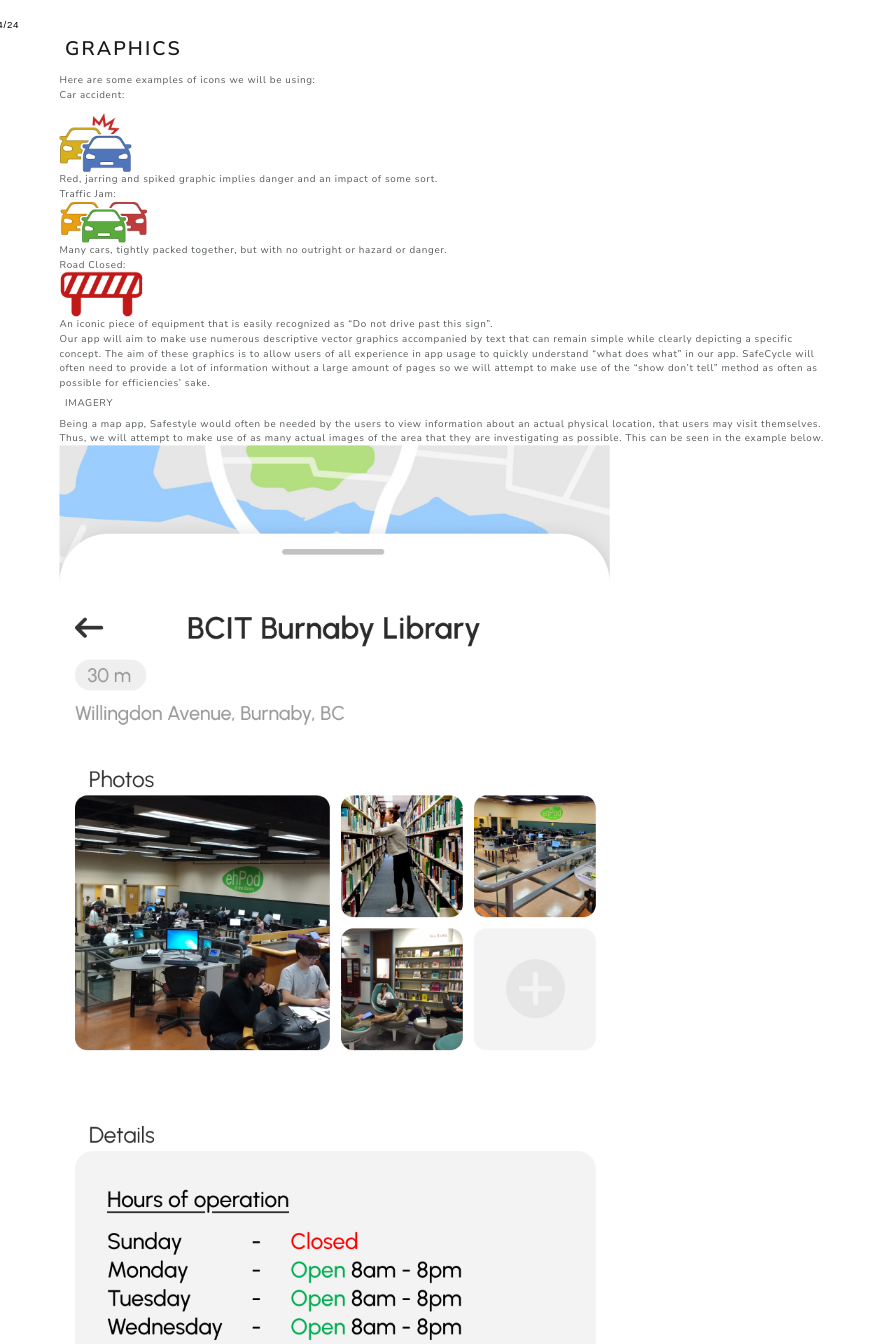
Repository: Aladdin3r/safecycle-styleguide
Page: /
An editor plug-in stored every save of this project. The page is shown before and after the next save, followed by the edit.
The browser window is 1280 px wide. The pictures show the part of the page from y = 2916 to 4836 px (the page is 5385 px tall before and 5441 px after), at 70% of full size.
The project was rebuilt for these pictures with package versions that can differ from the ones it lists, and the page was loaded fresh each time. The framework's server and built-in components were replaced by stand-ins that run in the browser. Also part of the build but not shown: next.config.mjs.

Above is the page before, as saved 2024-04-09 22:21:59.

After the next save:
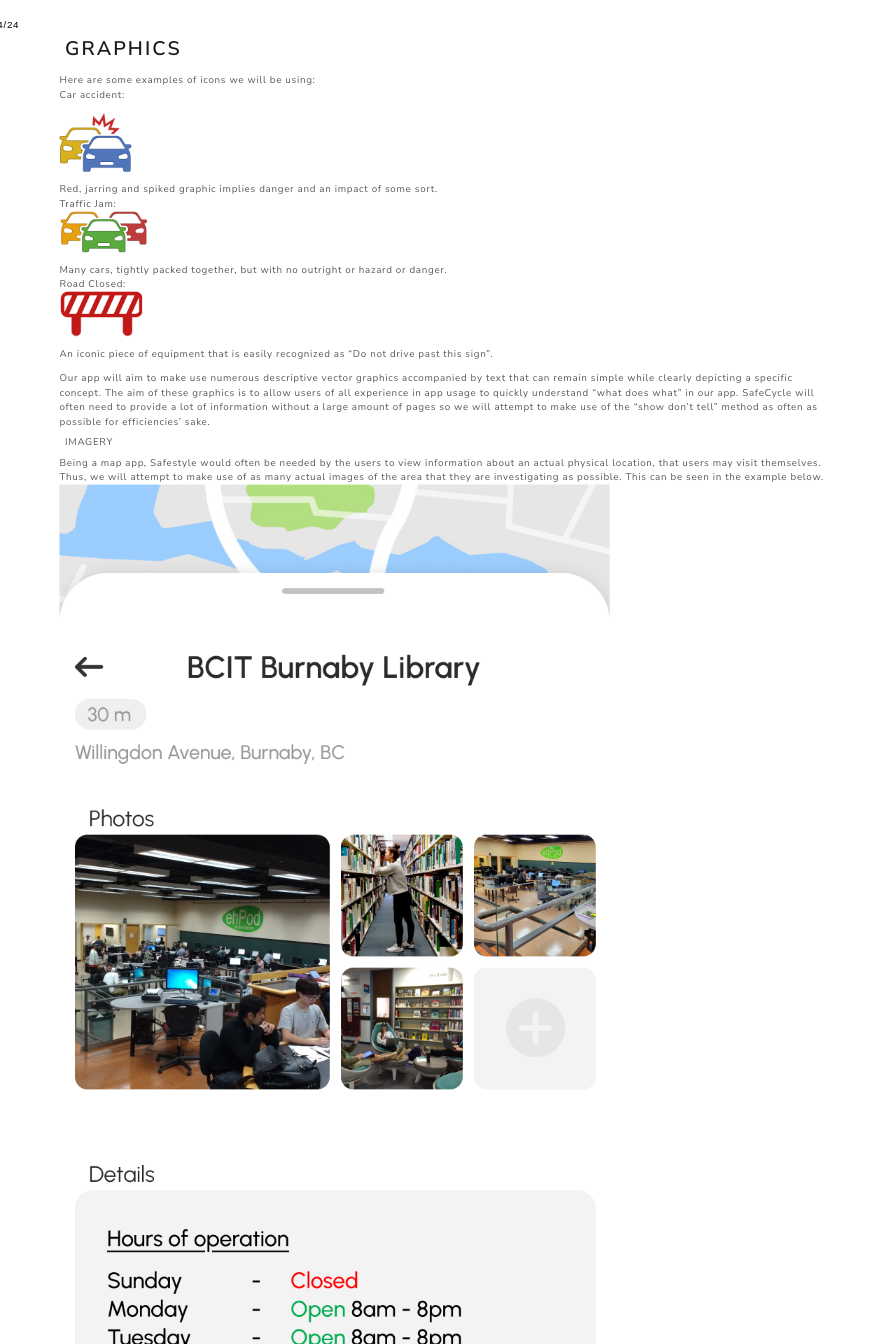
Saved 46 s later.
--- a/styles/Home.module.css
+++ b/styles/Home.module.css
@@ -67,3 +67,7 @@
 .carCrash{
   margin-top: 1em;
 }
+
+.graphicDesc{
+  margin-top: 1em;
+}
